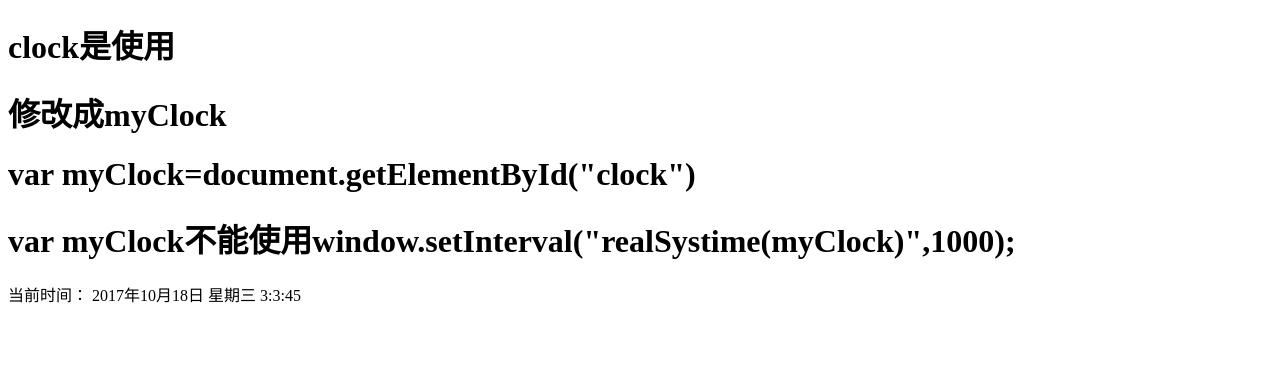
Repository: bookFireFly/bookFireFly
Page: JavaScriptMingriBook/Main/10实时显示系统时间.html
An editor plug-in stored every save of this project. The page is shown before and after the next save, followed by the edit.
The browser window is 1280 px wide. The pictures show the whole page.

Above is the page before, as saved 2017-10-20 03:38:48.

After the next save:
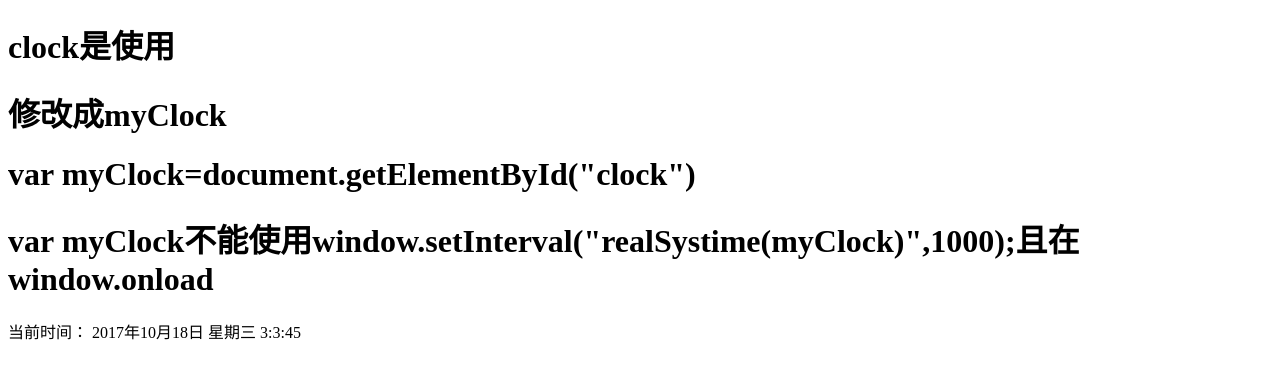
Saved 36 s later.
--- a/JavaScriptMingriBook/Main/10实时显示系统时间.html
+++ b/JavaScriptMingriBook/Main/10实时显示系统时间.html
@@ -33,7 +33,7 @@ window.onload=function(){
 <h1>clock是使用</h1>
 <h1>修改成myClock</h1>
 <h1>var myClock=document.getElementById("clock")</h1>
-<h1>var myClock不能使用window.setInterval("realSystime(myClock)",1000);</h1>
+<h1>var myClock不能使用window.setInterval("realSystime(myClock)",1000);且在window.onload</h1>
 <div id="clock"></div>
 <div id="myClock"></div>
 </body>
